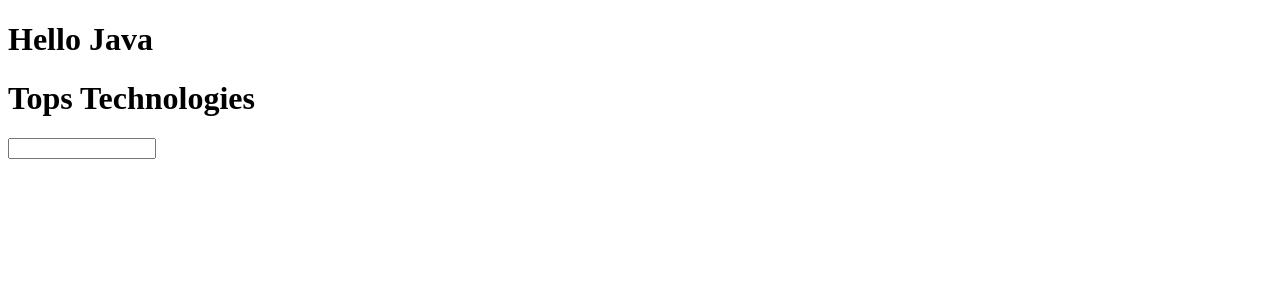
Repository: Laxman877/MyWorkspace
Page: Corejava/Learning_Web/src/main/webapp/javascriptDEmo.html
The author's editor kept a copy of each file at every save. The page is drawn from the files as they stood at one save, then again after the next save.
The browser window is 1280 px wide. The pictures show the whole page.

Above is the page before, as saved 2022-04-27 06:30:44.
Console error: ReferenceError: start is not defined

### Corejava/Learning_Web/src/main/webapp/javascriptDEmo.html
<!DOCTYPE html>
<html>
<head>
<meta charset="ISO-8859-1">
<title>JS</title>
<script type="text/javascript">

</script>
</head>
<body onload="start()">

<h1>Hello Java</h1>
<h1>Tops Technologies</h1>
<input type="text" id="uname" onkeyup="unameData(value)" onmouseover="textclick()" style="width: 140px">
</body>
</html>

After the next save:
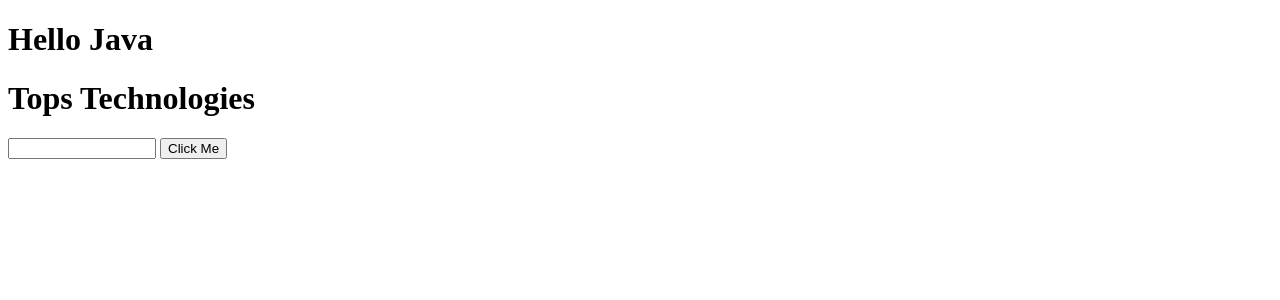
Saved 59 s later.
--- a/Corejava/Learning_Web/src/main/webapp/javascriptDEmo.html
+++ b/Corejava/Learning_Web/src/main/webapp/javascriptDEmo.html
@@ -12,5 +12,6 @@
 <h1>Hello Java</h1>
 <h1>Tops Technologies</h1>
 <input type="text" id="uname" onkeyup="unameData(value)" onmouseover="textclick()" style="width: 140px">
+<button onclick="getdata()">Click Me</button>
 </body>
 </html>
